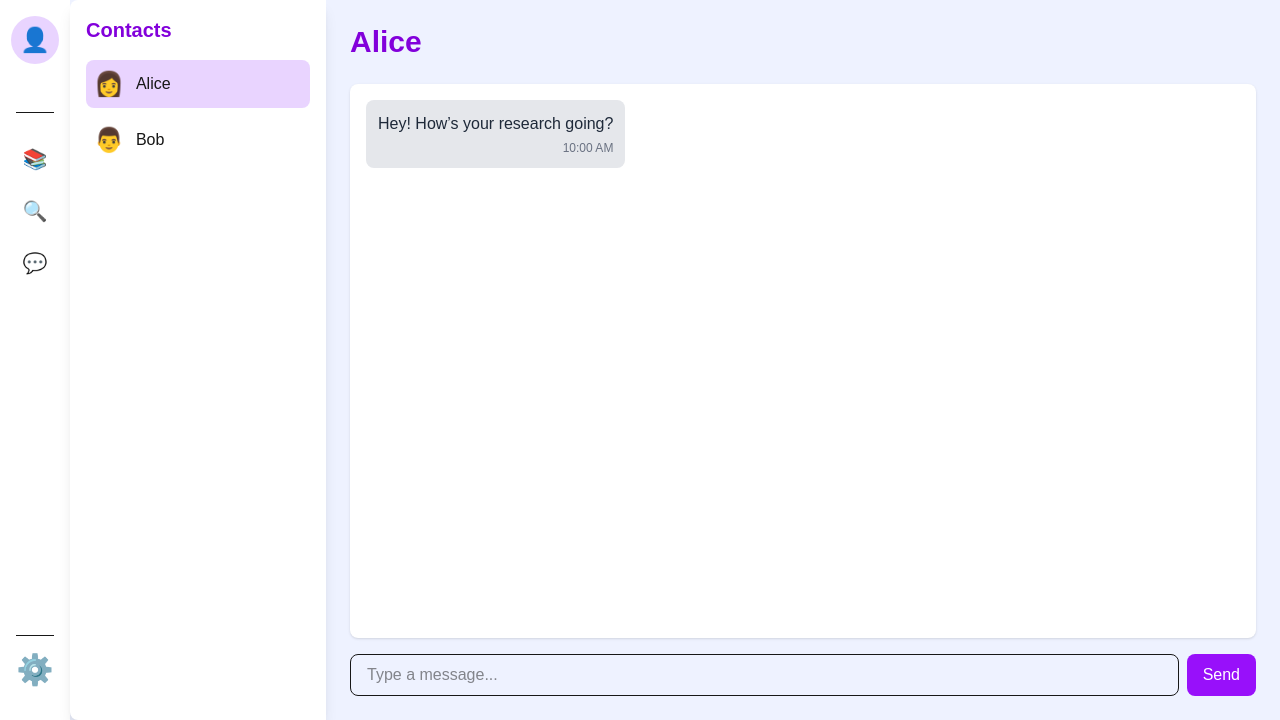
Repository: ramosfranz/bookie
Page: /chat
The author's editor kept a copy of each file at every save. The page is drawn from the files as they stood at one save, then again after the next save.
The browser window is 1280 px wide. The pictures show the whole page.
The project was rebuilt for these pictures with package versions that can differ from the ones it lists, and the page was loaded fresh each time. The framework's server and built-in components were replaced by stand-ins that run in the browser. Also part of the build but not shown: next.config.ts.

Above is the page before, as saved 2025-11-20 15:53:31.

After the next save:
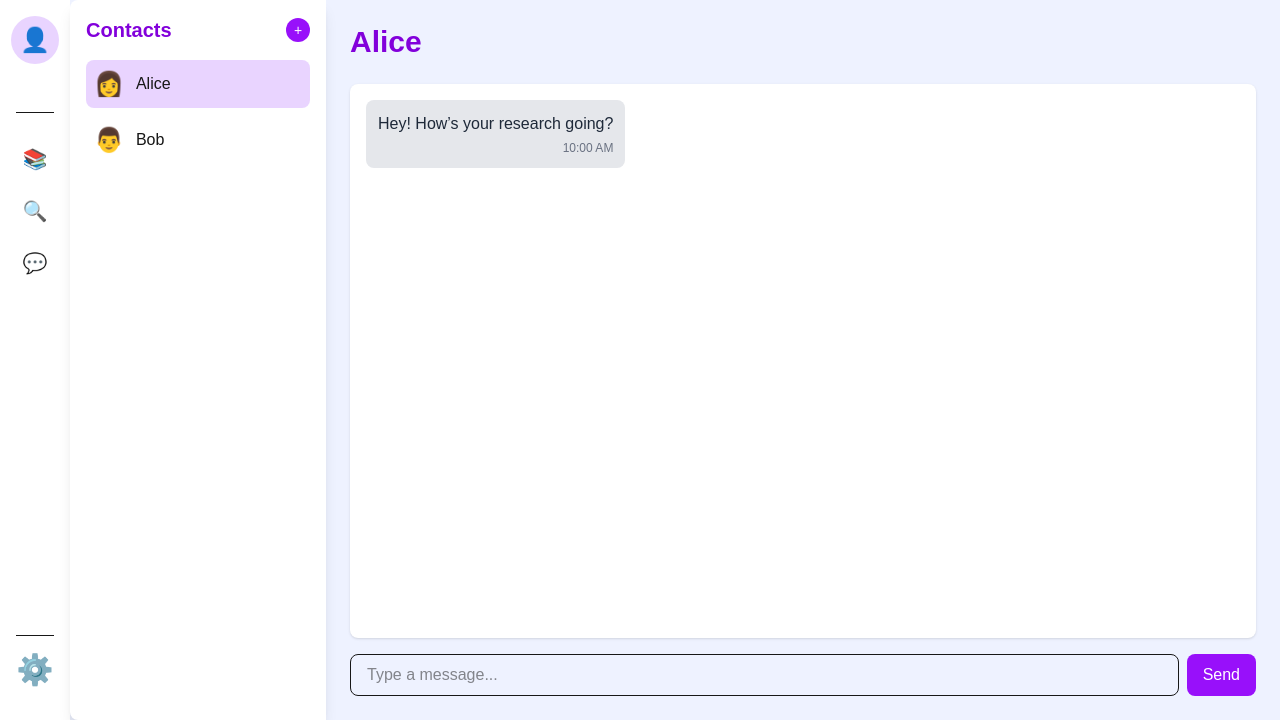
Saved 20 min 19 s later.
--- a/src/app/chat/page.tsx
+++ b/src/app/chat/page.tsx
@@ -114,34 +114,49 @@ export default function ChatPage() {
 
       <main className="flex-1 flex">
         {/* Contacts list */}
-        <div
-          onClick={() => setIsCollapsed(!isCollapsed)}
-          className={`bg-white shadow-lg rounded-l-lg flex flex-col transition-all duration-300 ${
-            isCollapsed ? "w-16" : "w-64"
+<div
+  onClick={() => setIsCollapsed(!isCollapsed)}
+  className={`bg-white shadow-lg rounded-l-lg flex flex-col transition-all duration-300 ${
+    isCollapsed ? "w-16" : "w-64"
+  }`}
+>
+  <div className="p-4 flex flex-col flex-1">
+    {!isCollapsed && (
+      <div className="flex items-center justify-between mb-4">
+        <h2 className="text-xl font-bold text-purple-700">Contacts</h2>
+        <button
+          onClick={(e) => {
+            e.stopPropagation();
+            // Add new contact logic here
+            alert("Add new contact clicked!");
+          }}
+          className="text-white bg-purple-600 hover:bg-purple-700 rounded-full w-6 h-6 flex items-center justify-center text-sm"
+        >
+          +
+        </button>
+      </div>
+    )}
+
+    <div className={`flex flex-col gap-2 overflow-y-auto flex-1`}>
+      {contacts.map((contact) => (
+        <button
+          key={contact.id}
+          onClick={(e) => {
+            e.stopPropagation(); // prevent collapse
+            setSelectedContactId(contact.id);
+          }}
+          className={`flex items-center gap-3 p-2 rounded-lg text-left hover:bg-purple-100 transition ${
+            contact.id === selectedContactId ? "bg-purple-200" : ""
           }`}
         >
-          <div className="p-4 flex flex-col flex-1">
-            {!isCollapsed && <h2 className="text-xl font-bold text-purple-700 mb-4">Contacts</h2>}
-
-            <div className={`flex flex-col gap-2 overflow-y-auto flex-1`}>
-              {contacts.map((contact) => (
-                <button
-                  key={contact.id}
-                  onClick={(e) => {
-                    stopCollapse(e);
-                    setSelectedContactId(contact.id);
-                  }}
-                  className={`flex items-center gap-3 p-2 rounded-lg text-left hover:bg-purple-100 transition ${
-                    contact.id === selectedContactId ? "bg-purple-200" : ""
-                  }`}
-                >
-                  <span className="text-2xl">{contact.avatar}</span>
-                  {!isCollapsed && <span className="font-medium">{contact.name}</span>}
-                </button>
-              ))}
-            </div>
-          </div>
-        </div>
+          <span className="text-2xl">{contact.avatar}</span>
+          {!isCollapsed && <span className="font-medium">{contact.name}</span>}
+        </button>
+      ))}
+    </div>
+  </div>
+</div>
+
 
         {/* Chat area */}
         <div className="flex-1 flex flex-col p-6">
